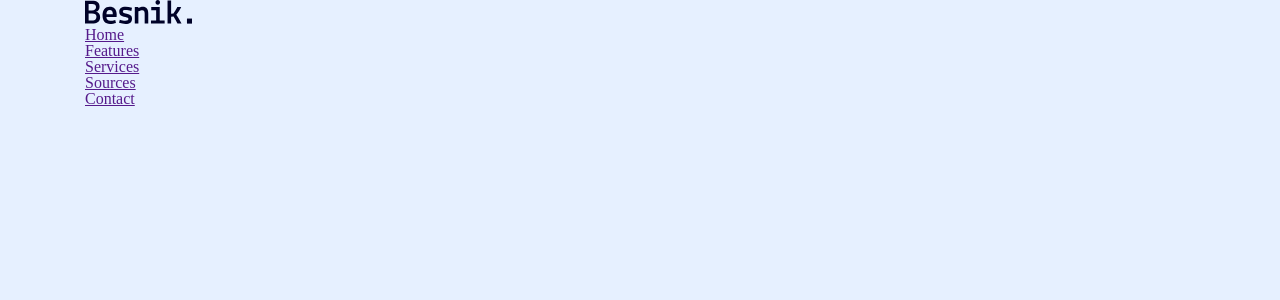
Repository: Daidoichihuy/project-01
Page: index.html
These files come from the project's save history. The page is drawn as it stood at one moment and after the next save; the edit follows.
The browser window is 1280 px wide. The pictures show the whole page.

Above is the page before, as saved 2024-04-28 09:40:56.

### index.html
<!DOCTYPE html>
<html lang="en">
  <head>
    <meta charset="UTF-8" />
    <meta name="viewport" content="width=device-width, initial-scale=1.0" />
    <title>Project_01</title>
    <link rel="stylesheet" href="./assets/css/reset.css" />
    <link rel="stylesheet" href="./assets/fonts/stylefont.css" />
    <link rel="stylesheet" href="./assets/css/style.css" />
  </head>
  <body>
    <main>
      <header class="header">
        <div class="content">
          <nav class="narbar">
            <!-- LOGO -->
            <img src="./assets/imgs/Logo.svg" alt="Besnik." />
            <!-- NAVIGATION -->
            <ul>
              <li><a href="">Home</a></li>
              <li><a href="">Features</a></li>
              <li><a href="">Services</a></li>
              <li><a href="">Sources</a></li>
              <li><a href="">Contact</a></li>
            </ul>
            <!-- ACTIVE -->
          </nav>
        </div>
      </header>
    </main>
  </body>
</html>

### assets/fonts/stylefont.css
@font-face {
  font-family: "DVN-Poppins";
  src: url("poppins/DVNPoppins-Regular.woff2") format("woff2"),
    url("poppins/DVNPoppins-Regular.woff") format("woff");
  font-weight: normal;
  font-style: normal;
  font-display: swap;
}

@font-face {
  font-family: "DVN-Poppins ExtBd";
  src: url("poppins/DVNPoppins-ExtraBold.woff2") format("woff2"),
    url("poppins/DVNPoppins-ExtraBold.woff") format("woff");
  font-weight: bold;
  font-style: normal;
  font-display: swap;
}

### assets/css/style.css
* {
  box-sizing: border-box;
}

html {
  font-size: 62.5%;
}

body {
  font-size: 1.6rem;
  font-family: "poppins";
}

/* COMMON */
.content {
  width: 1110px;
  margin-left: auto;
  margin-right: auto;
}
/* HEADER*/
.header {
  background: #e6f0ff;
  height: 100vh;
}

Loaded but not shown: assets/css/reset.css (common file)

After the next save:
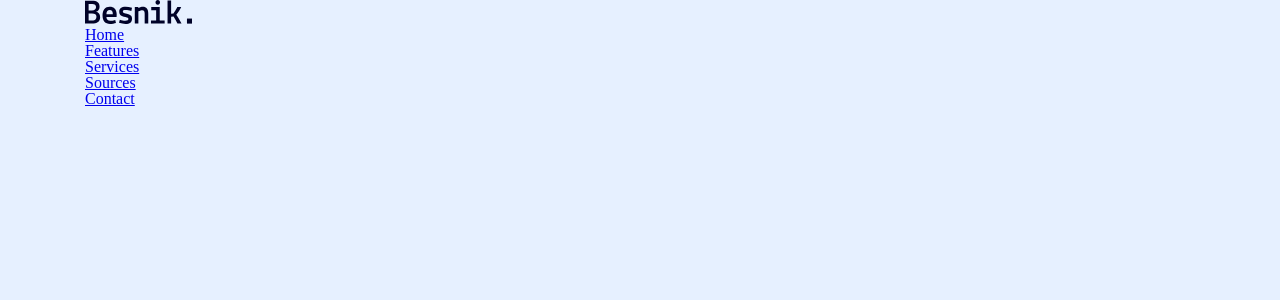
Saved 34 s later.
--- a/index.html
+++ b/index.html
@@ -17,11 +17,11 @@
             <img src="./assets/imgs/Logo.svg" alt="Besnik." />
             <!-- NAVIGATION -->
             <ul>
-              <li><a href="">Home</a></li>
-              <li><a href="">Features</a></li>
-              <li><a href="">Services</a></li>
-              <li><a href="">Sources</a></li>
-              <li><a href="">Contact</a></li>
+              <li><a href="#!">Home</a></li>
+              <li><a href="#!">Features</a></li>
+              <li><a href="#!">Services</a></li>
+              <li><a href="#!">Sources</a></li>
+              <li><a href="#!">Contact</a></li>
             </ul>
             <!-- ACTIVE -->
           </nav>
